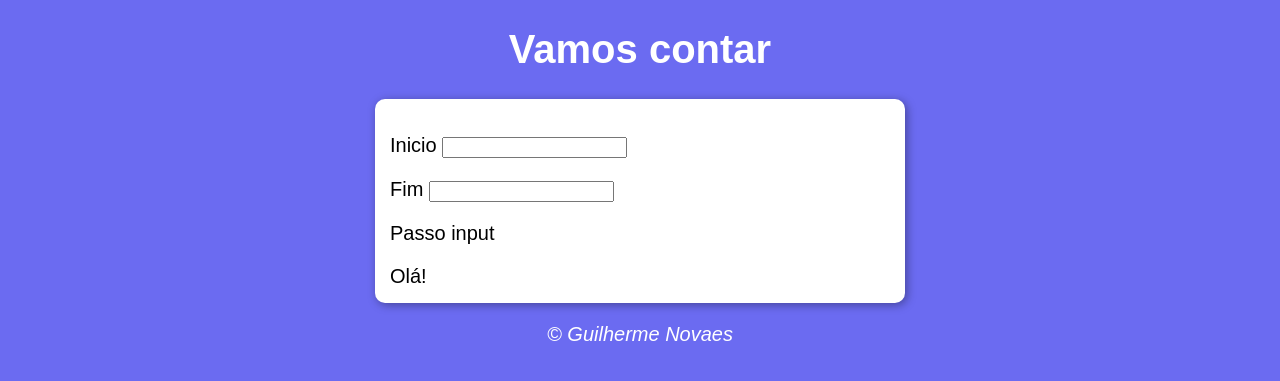
Repository: Guilherme-RNovaes/JavaScript-Curso
Page: Aula 14ex/ex016/index.html
An editor plug-in stored every save of this project. The page is shown before and after the next save, followed by the edit.
The browser window is 1280 px wide. The pictures show the whole page.

Above is the page before, as saved 2022-09-07 10:21:16.

### Aula 14ex/ex016/index.html
<!DOCTYPE html>
<html lang="pt-br">
<head>
    <meta charset="UTF-8">
    <meta http-equiv="X-UA-Compatible" content="IE=edge">
    <meta name="viewport" content="width=device-width, initial-scale=1.0">
    <title>Modelo de Exercício</title>
    <link rel="stylesheet" href="src/Style/style.css">
</head>
<body>
    <header>
        <h1>Vamos contar</h1>
    </header>
    <section>
        <div>
            <p>Inicio <input type="number" name="firstn" id="firstn"></p>
            <p>Fim <input type="number" name="finaln" id="finaln"></p>
            <p>Passo input</p>
        </div>
        <div>
            Olá!
        </div>
    </section>
    <footer>
        <p>&copy; Guilherme Novaes</p>
    </footer>
    <script src="script.js"></script>
</body>
</html>

### Aula 14ex/ex016/src/Style/style.css
body{
    background-color: rgb(107, 107, 241);
    font: normal 15pt Arial;
}
header {
    color: white;
    text-align: center;
}

section{
    background-color: white;
    border-radius: 10px;
    padding: 15px;
    width: 500px;
    margin: auto;
    box-shadow: 2px 2px 10px rgba(0, 0, 0, 0.36);
}

footer{
    color: white;
    text-align: center;
    font-style: italic;
}

div img{
    width: 250px;
    height: 250px;
    border-radius: 100%;
}

Loaded but not shown: Aula 14ex/ex016/script.js (no copy from this time; the picture is the same without it)

After the next save:
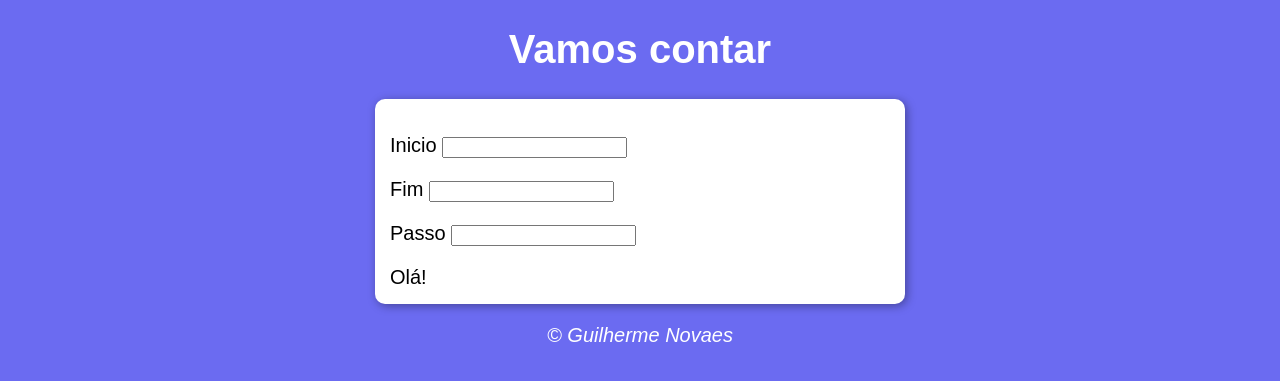
Saved 5 s later.
--- a/Aula 14ex/ex016/index.html
+++ b/Aula 14ex/ex016/index.html
@@ -15,7 +15,7 @@
         <div>
             <p>Inicio <input type="number" name="firstn" id="firstn"></p>
             <p>Fim <input type="number" name="finaln" id="finaln"></p>
-            <p>Passo input</p>
+            <p>Passo <input type="number" name="" id=""></p>
         </div>
         <div>
             Olá!
